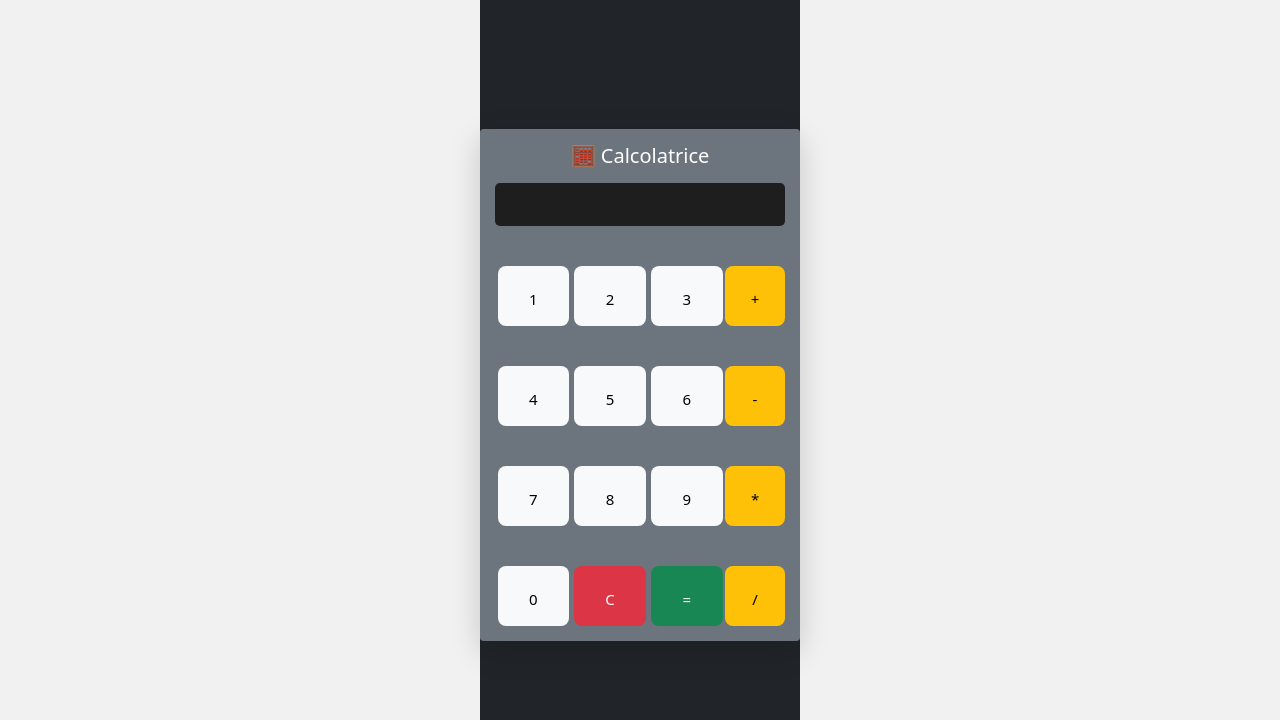
Repository: Probyte5D/Calcolatrice-FullStack
Page: /calculator (app in frontend/)
The author's editor kept a copy of each file at every save. The page is drawn from the files as they stood at one save, then again after the next save.
The browser window is 1280 px wide. The pictures show the whole page.
The project was rebuilt for these pictures with package versions that can differ from the ones it lists, and the page was loaded fresh each time. Also part of the build but not shown: frontend/src/App.css, frontend/src/components/HomePage.js.

Above is the page before, as saved 2025-04-19 16:58:56.

### frontend/src/index.js
import React from 'react';
import ReactDOM from 'react-dom/client';
import './index.css';
import App from './App';

import 'bootstrap/dist/css/bootstrap.min.css';


const root = ReactDOM.createRoot(document.getElementById('root'));
root.render(
  <React.StrictMode>
    <App />
  </React.StrictMode>
);

### frontend/src/App.js
import React from 'react';
import { BrowserRouter as Router, Route, Routes } from 'react-router-dom';
import './App.css';
import Calculator from './components/Calculator'; // Assicurati che il percorso sia corretto
import HomePage from './components/HomePage'; // Assicurati che il percorso sia corretto

function App() {
  return (
    <Router>
    <Routes>
      {/* Usando 'element' invece di 'component' */}
      <Route path="/" element={<HomePage />} />
      <Route path="/calculator" element={<Calculator />} />
    </Routes>
  </Router>
  );
}

export default App;

### frontend/src/components/Calculator.js
import React, { useState } from 'react';
import './Calculator.css'; // Per aggiungere stile extra se vuoi

function Calculator() {
    const [display, setDisplay] = useState('');
    const [error, setError] = useState('');

    const appendNumber = (num) => setDisplay(display + num);
    const appendOperator = (op) => setDisplay(display + op);

    const clearDisplay = () => {
        setDisplay('');
        setError('');
    };

    const calculate = () => {
        const match = display.match(/(\d+)([+\-*/])(\d+)/);
        if (!match) {
            setError('Espressione non valida');
            return;
        }

        const op1 = parseFloat(match[1]);
        const operator = match[2];
        const op2 = parseFloat(match[3]);

        fetch("http://localhost:8080/api/calculator/calculate", {
            method: "POST",
            headers: { "Content-Type": "application/json" },
            body: JSON.stringify({ op1, op2, operator })
        })
            .then(response => response.json())
            .then(result => {
                setDisplay(result.toString());
                setError('');
            })
            .catch(error => {
                setError("Errore: " + error.message);
            });
    };

    return (
        <div className="d-flex justify-content-center align-items-center vh-100 bg-dark text-white">
            <div className="calculator bg-secondary p-4 rounded shadow-lg" style={{ width: '320px' }}>
                <h2 className="text-center mb-4">🧮 Calcolatrice</h2>
                {error && <div className="alert alert-danger">{error}</div>}
                <input type="text" value={display} readOnly className="form-control mb-3 fs-4 text-end" />
                <div className="d-grid gap-2">
                    <div className="d-flex justify-content-between mb-2">
                        {[1, 2, 3].map(n => (
                            <button key={n} className="btn btn-light flex-fill mx-1" onClick={() => appendNumber(n.toString())}>{n}</button>
                        ))}
                        <button className="btn btn-warning" onClick={() => appendOperator('+')}>+</button>
                    </div>
                    <div className="d-flex justify-content-between mb-2">
                        {[4, 5, 6].map(n => (
                            <button key={n} className="btn btn-light flex-fill mx-1" onClick={() => appendNumber(n.toString())}>{n}</button>
                        ))}
                        <button className="btn btn-warning" onClick={() => appendOperator('-')}>-</button>
                    </div>
                    <div className="d-flex justify-content-between mb-2">
                        {[7, 8, 9].map(n => (
                            <button key={n} className="btn btn-light flex-fill mx-1" onClick={() => appendNumber(n.toString())}>{n}</button>
                        ))}
                        <button className="btn btn-warning" onClick={() => appendOperator('*')}>*</button>
                    </div>
                    <div className="d-flex justify-content-between">
                        <button className="btn btn-light flex-fill mx-1" onClick={() => appendNumber('0')}>0</button>
                        <button className="btn btn-danger flex-fill mx-1" onClick={clearDisplay}>C</button>
                        <button className="btn btn-success flex-fill mx-1" onClick={calculate}>=</button>
                        <button className="btn btn-warning" onClick={() => appendOperator('/')}>/</button>
                    </div>
                </div>
            </div>
        </div>
    );
}

export default Calculator;

### frontend/src/components/Calculator.css
/* Calculator.css */

html{
  font-size: 62.5%;
}
/* Calcolatrice centrale con flexbox */
body, html {
  height: 100vh;
  margin: 0 0;
  display: flex;
  justify-content: center; /* Centra orizzontalmente */
  align-items: center;     /* Centra verticalmente */
  background-color: #f1f1f1; /* Colore di sfondo */
}
/* Stile principale della calcolatrice */
.calculator {
  background-color: #2d2d2d; /* Sfondo scuro */
  border-radius: 10px;
  padding: 20px;
  box-shadow: 0 4px 10px rgba(0, 0, 0, 0.3);
}

/* Colore del display (campo di input) */
.calculator input {
  background-color: #1e1e1e;
  color: #fff;
  font-size: 2rem;
  border: none;
  border-radius: 5px;
  padding: 10px;
  text-align: right;
}

/* Stile per i pulsanti */
.btn {
  font-size: 1.2rem;
  font-weight: bold;
  border-radius: 5px;
  transition: all 0.3s ease;
}

.btn-light {
  background-color: #3a3a3a;
  color: #fff;
}

.btn-light:hover {
  background-color: #575757;
}

.btn-warning {
  background-color: #f39c12;
  color: #fff;
}

.btn-warning:hover {
  background-color: #e67e22;
}

.btn-danger {
  background-color: #e74c3c;
  color: #fff;
}

.btn-danger:hover {
  background-color: #c0392b;
}

.btn-success {
  background-color: #2ecc71;
  color: #fff;
}

.btn-success:hover {
  background-color: #27ae60;
}

/* Layout dei tasti con uno spazio tra di loro */
.d-grid {
  gap: 10px;
}

/* Pulsanti di numeri e operatori */
.d-flex button {
  width: 60px;
  height: 60px;
  font-size: 1.5rem;
  border-radius: 8px;
  border: 2px solid transparent;
}

.d-flex button:active {
  transform: scale(0.95);
}

/* Colore dell'errore */
.alert-danger {
  background-color: #e74c3c;
  color: #fff;
  font-weight: bold;
}

/* Effetto hover sui tasti */
.d-flex button:hover {
  transform: scale(1.1);
  box-shadow: 0 2px 5px rgba(0, 0, 0, 0.2);
}

### frontend/src/components/HomePage.css
.home-page {
  text-align: center;
  margin-top: 100px;
}

.home-page h1 {
  font-size: 3em;
  color: #4CAF50;
}

.home-page p {
  font-size: 1.2em;
  margin-top: 20px;
}

.btn {
  margin-top: 30px;
  padding: 15px 30px;
  font-size: 1.2em;
}

.calculator {
  margin-top: 50px;
  text-align: center;
}

.calculator input {
  font-size: 2em;
  width: 100%;
  text-align: right;
  padding: 10px;
  margin-bottom: 20px;
}

.calculator .buttons {
  display: grid;
  grid-template-columns: repeat(4, 1fr);
  gap: 10px;
}

.calculator button {
  padding: 20px;
  font-size: 1.5em;
}

Loaded but not shown: frontend/public/index.html (common file); frontend/src/index.css (common file)

After the next save:
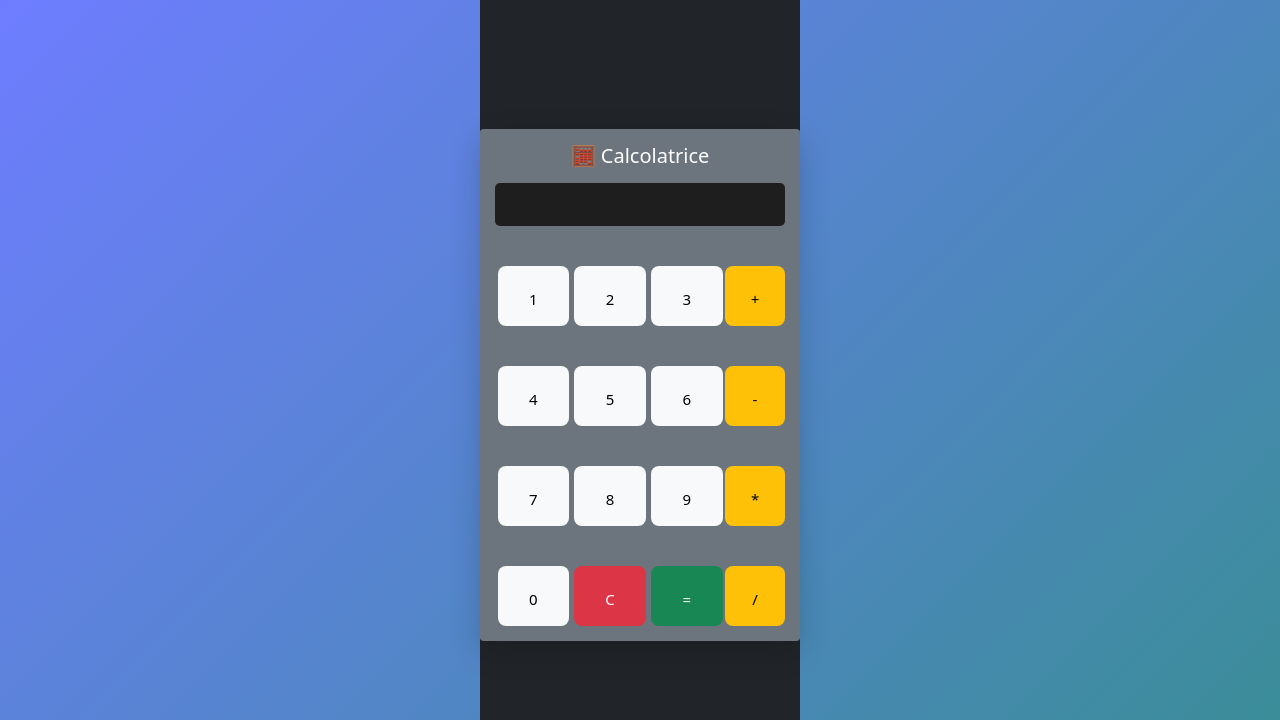
Saved 63 s later.
--- a/frontend/src/components/Calculator.css
+++ b/frontend/src/components/Calculator.css
@@ -3,14 +3,14 @@
 html{
   font-size: 62.5%;
 }
-/* Calcolatrice centrale con flexbox */
+/* Impostiamo il layout e centriamo la calcolatrice */
 body, html {
-  height: 100vh;
-  margin: 0 0;
+  height: 100%;
+  margin: 0;
   display: flex;
   justify-content: center; /* Centra orizzontalmente */
   align-items: center;     /* Centra verticalmente */
-  background-color: #f1f1f1; /* Colore di sfondo */
+  background: linear-gradient(135deg, #6e7dff, #3b8d99); /* Gradiente di sfondo */
 }
 /* Stile principale della calcolatrice */
 .calculator {
